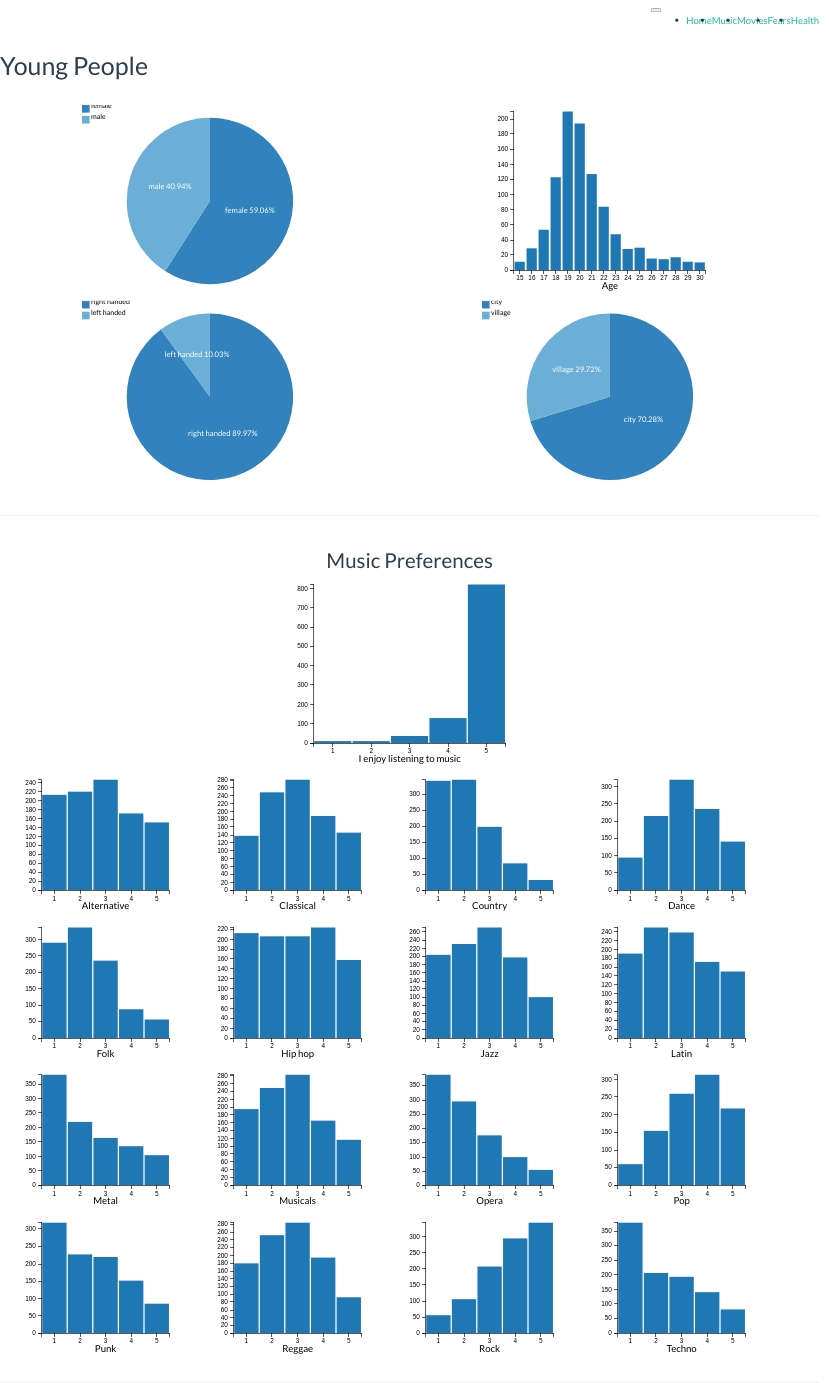
Repository: BrendanMolloy/milestone2
Page: index.html
The author's editor kept a record of every edit. The page is drawn from the files as they stood at one moment, then again after the next edit.
The browser window is 1280 px wide. The page is 1295 px wide, then 1280 px, so the pictures cover 1295 px, including what lies to the right of the window. The pictures show the whole page, at 64% of full size.

Above is the page before.

After the next edit:
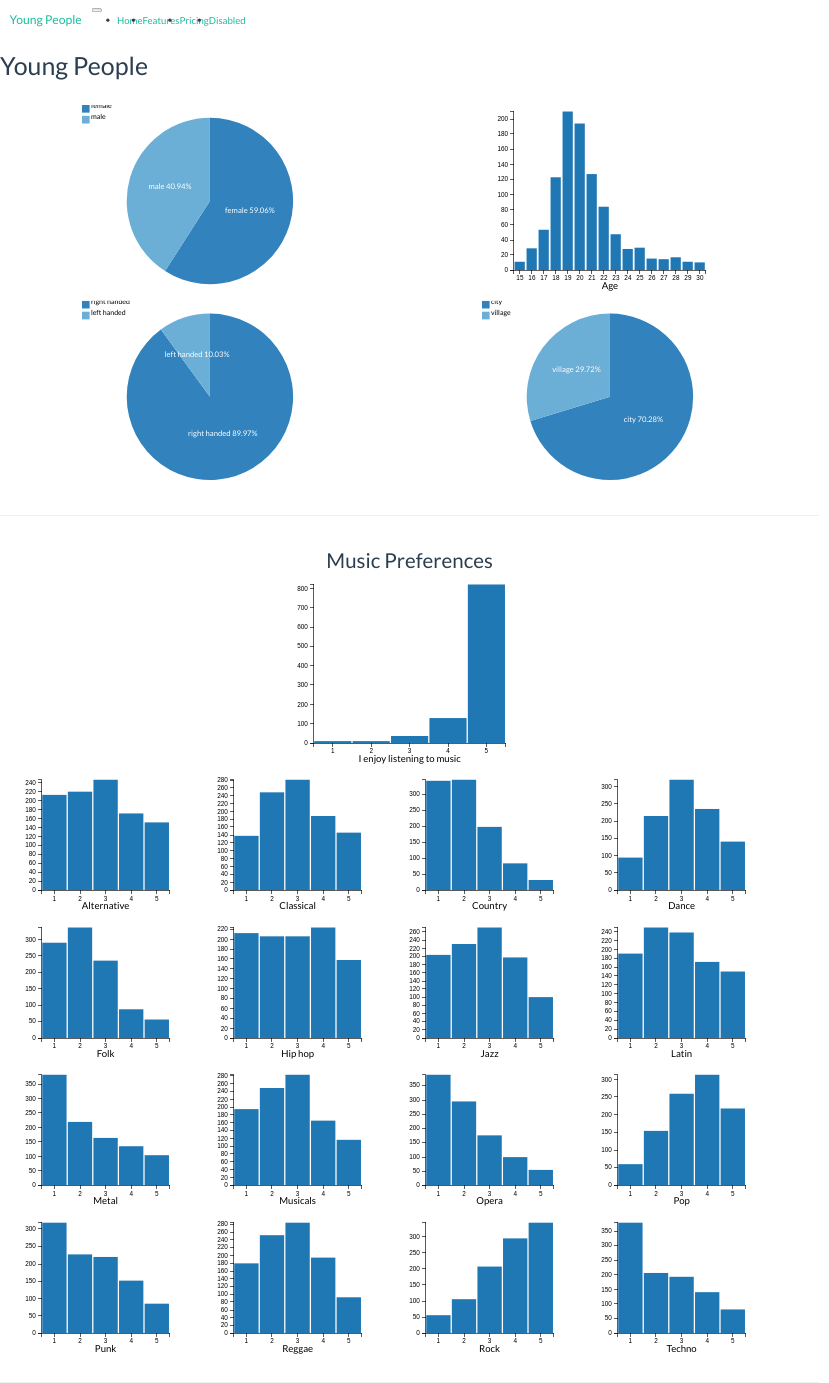
The edit:
--- a/index.html
+++ b/index.html
@@ -20,34 +20,28 @@
 
 <body>
     <!-- Navigation -->
-        <nav class="navbar navbar-expand-lg navbar-light bg-white">
-            <div class="navbar-right">
-                <button class="navbar-toggler" type="button" data-toggle="collapse" data-target="#navbarNavDropdown" aria-controls="navbarNavDropdown" aria-expanded="false" aria-label="Toggle navigation">
+        <nav class="navbar navbar-expand-lg navbar-light bg-light">
+  <a class="navbar-brand" href="#">Young People</a>
+  <button class="navbar-toggler" type="button" data-toggle="collapse" data-target="#navbarNav" aria-controls="navbarNav" aria-expanded="false" aria-label="Toggle navigation">
     <span class="navbar-toggler-icon"></span>
   </button>
-                <div class="collapse navbar-collapse" id="navbarNavDropdown">
-                    <ul class="navbar-nav">
-                        <li class="nav-item">
-                            <a class="nav-link" href="">Home</a>
-                        </li>
-                        <li class="nav-item">
-                            <a class="nav-link" href="">Music</a>
-                        </li>
-                        <li class="nav-item">
-                            <a class="nav-link" href="">Movies</a>
-                        </li>
-                        <li class="nav-item">
-                            <a class="nav-link" href="">Fears</a>
-                        </li>
-                        <li class="nav-item">
-                            <a class="nav-link" href="">Health</a>
-                        </li>
-                    </ul>
-                </div>
-            </div>
-
-        </nav>
-    </div>
+  <div class="collapse navbar-collapse" id="navbarNav">
+    <ul class="navbar-nav">
+      <li class="nav-item active">
+        <a class="nav-link" href="#">Home <span class="sr-only">(current)</span></a>
+      </li>
+      <li class="nav-item">
+        <a class="nav-link" href="#">Features</a>
+      </li>
+      <li class="nav-item">
+        <a class="nav-link" href="#">Pricing</a>
+      </li>
+      <li class="nav-item">
+        <a class="nav-link disabled" href="#">Disabled</a>
+      </li>
+    </ul>
+  </div>
+</nav>
 
     <!-- title and filters/demographics -->
     <h1>Young People</h1>
